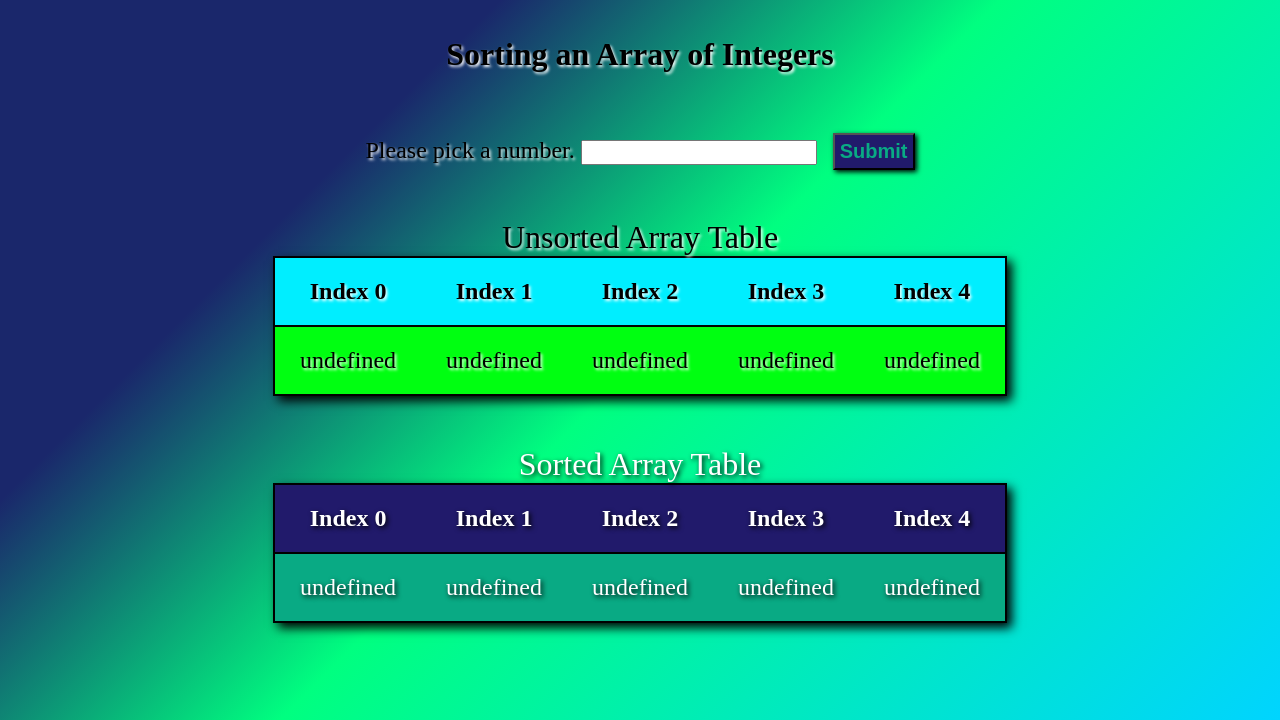
Repository: mlmEFSC21/P16-Sorting-Integers
Page: sort.html
The author's editor kept a copy of each file at every save. The page is drawn from the files as they stood at one save, then again after the next save.
The browser window is 1280 px wide. The pictures show the whole page.

Above is the page before, as saved 2022-03-28 15:01:16.

### sort.html
<!DOCTYPE html>
<html lang="en">
    <head>
        <meta charset="UTF-8" />
        <meta http-equiv="X-UA-Compatible" content="IE=edge" />
        <meta name="viewport" content="width=device-width, initial-scale=1.0" />
        <link rel="stylesheet" href="sort.css" />
        <script defer src="sort.js"></script>
        <title>Array Sorting</title>
    </head>
    <body>
        <header class="mainHeader">
            <h1>Sorting an Array of Integers</h1>
        </header>
        <section class="main">
            <div class="arrayContainer" id="arrayContainer">
                <form action="/" method="GET" class="inputForm" id="inputForm">
                    <label for="numInp">Please pick a number.</label>
                    <input required type="number" name="numInp" id="numInp" />
                    <button type="submit" class="submitButton">Submit</button>
                </form>
            </div>
        </section>
    </body>
</html>

### sort.css
:root {
    --clr-background: #00ff8f;
    --clr-primary-T1: hsl(184, 100%, 50%);
    --clr-primary-T2: hsl(245, 61%, 26%);
    --clr-secondary-T1: hsl(124, 100%, 50%);
    --clr-secondary-T2: hsl(166, 90%, 35%);
}
*,
*::after,
*::before {
    box-sizing: border-box;
    margin: 0;
    padding: 0;
}
body {
    font-size: 0.875;
    text-shadow: 1.75px 1.75px 3px white;
    background-color: var(--clr-background);
    background-repeat: no-repeat;
    background-size: cover;
    background: linear-gradient(
        135deg,
        rgba(26, 39, 107, 1) 25%,
        rgba(0, 255, 128, 1) 50%,
        rgba(0, 212, 255, 1) 100%
    );
    height: 100vh;
}
.mainHeader {
    height: 15vh;
    display: flex;
    align-items: center;
    justify-content: center;
}
.arrayContainer {
    height: min(75vh, 640px);
    display: grid;
    align-items: center;
    justify-content: space-around;
}
.inputForm {
    font-size: 1.5rem;
    align-self: center;
    justify-self: center;
}
input {
    font-size: 18px;
}
button {
    height: auto;
    width: auto;
    margin-left: 10px;
    padding: 5px;
    box-shadow: 2px 2px 5px black;
    font-size: 1.25rem;
    font-weight: bold;
    background-color: var(--clr-primary-T2);
    color: var(--clr-secondary-T2);
}
button:hover {
    background-color: var(--clr-primary-T1);
    color: var(--clr-secondary-T1);
    transform: translate(2px, 2px);
}
table {
    border-collapse: collapse;
    font-size: 1.5rem;
    border: 2px solid black;
    box-shadow: 5px 5px 10px black;
}
caption {
    font-size: 2rem;
}
thead {
    border-bottom: 2px solid black;
}
th,
td {
    margin: 10px 15px;
    padding: 20px 25px;
}
.unsortedTable th {
    background-color: var(--clr-primary-T1);
}
.unsortedTable td {
    background-color: var(--clr-secondary-T1);
    text-align: center;
}
.sortedTable {
    color: white;
    text-shadow: 1.75px 1.75px 5px black;
}
.sortedTable th {
    background-color: var(--clr-primary-T2);
}
.sortedTable td {
    background-color: var(--clr-secondary-T2);
    text-align: center;
}

### sort.js
const unsortedArray = [];
const form = document.querySelector("#inputForm");
const arrayContainer = document.querySelector("#arrayContainer");
//create the unsorted table
const unsortedTable = document.createElement("table");
unsortedTable.setAttribute("class", "unsortedTable");
unsortedTable.setAttribute("id", "unsortedTable");
//create the sorted table
const sortedTable = document.createElement("table");
sortedTable.setAttribute("class", "sortedTable");
sortedTable.setAttribute("id", "sortedTable");
//fill the table with other elements using template literals
unsortedTable.innerHTML = `
<caption>
Unsorted Array Table
</caption>
<thead>
<tr class="theadRow">
<th>Index 0</th>
<th>Index 1</th>
<th>Index 2</th>
<th>Index 3</th>
<th>Index 4</th>
</tr>
</thead>
<tbody>
<tr>
<td>${unsortedArray[0]}</td>
<td>${unsortedArray[1]}</td>
<td>${unsortedArray[2]}</td>
<td>${unsortedArray[3]}</td>
<td>${unsortedArray[4]}</td>
</tr>
</tbody>`;
arrayContainer.append(unsortedTable);
//arrow function to sort the unsorted array.
const sortedArray = unsortedArray.sort((a, b) => a - b);
//fill the table with other elements using template literals
sortedTable.innerHTML = `
<caption>
Sorted Array Table
</caption>
<thead>
<th>Index 0</th>
<th>Index 1</th>
<th>Index 2</th>
<th>Index 3</th>
<th>Index 4</th>
</thead>
<tbody>
<tr>
<td>${sortedArray[0]}</td>
<td>${sortedArray[1]}</td>
<td>${sortedArray[2]}</td>
<td>${sortedArray[3]}</td>
<td>${sortedArray[4]}</td>
</tr>
</tbody>`;
arrayContainer.append(sortedTable);

console.log(unsortedArray);
console.log(sortedArray);

// prettier-ignore;
// document.getElementById(
//     "unsorted"
// ).innerText = `${unsortedArray[0]} ${unsortedArray[1]} ${unsortedArray[2]} ${unsortedArray[3]} ${unsortedArray[4]} `;

// // prettier-ignore
// document.getElementById("sorted").innerText =
// `${sortedArray[0]} ${sortedArray[1]} ${sortedArray[2]} ${sortedArray[3]} ${sortedArray[4]} `;

After the next save:
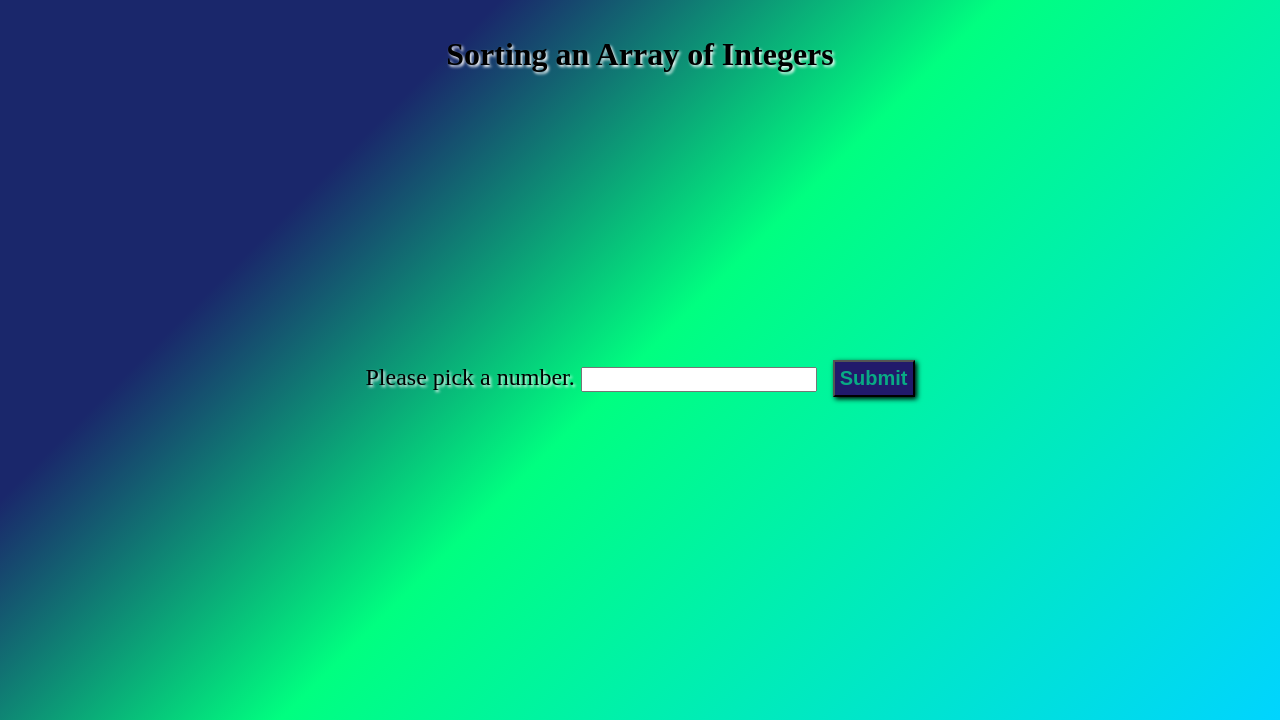
Console error: SyntaxError: Unexpected token '=>'
Saved 5 min 10 s later.
--- a/sort.js
+++ b/sort.js
@@ -1,5 +1,10 @@
 const unsortedArray = [];
 const form = document.querySelector("#inputForm");
+form.addEventListener('submit', => {getNumber})
+let i = 0;
+while (i < 5) {
+
+}
 const arrayContainer = document.querySelector("#arrayContainer");
 //create the unsorted table
 const unsortedTable = document.createElement("table");
